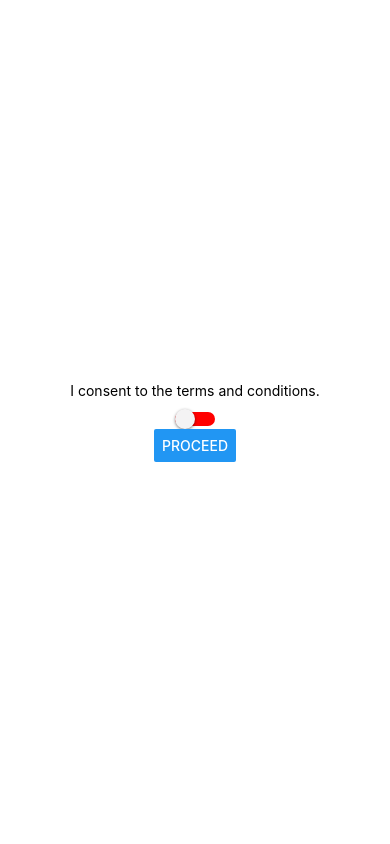
Repository: mortiestmorty1/recordings-app
Screen: / (app in frontend/Recorder/)
The author's editor kept a copy of each file at every save. The screen is drawn from the files as they stood at one save, then again after the next save.
The app was drawn by React Native's web renderer in a window 390 px wide. The project was rebuilt for these pictures with package versions that can differ from the ones it lists, and the page was loaded fresh each time.

Above is the screen before, as saved 2024-03-07 17:01:22.

### frontend/Recorder/App.js
import { StatusBar } from 'expo-status-bar';
import { StyleSheet, View } from 'react-native';
import RegisterUser from './components/RegisterUser.js'; // Adjust the path as necessary

export default function App() {
  const handleRegistrationSuccess = (userData) => {
    console.log('User registered:', userData);
    // Additional actions upon successful registration
  };

  return (
    <View style={styles.container}>
      <RegisterUser onSubmit={handleRegistrationSuccess} />
      <StatusBar style="auto" />
    </View>
  );
}

const styles = StyleSheet.create({
  container: {
    flex: 1,
    backgroundColor: '#fff',
    alignItems: 'center',
    justifyContent: 'center',
  },
});

### frontend/Recorder/components/registerUser.js
import React, { useState } from 'react';
import { View, Text, StyleSheet, Switch, Button } from 'react-native';

const ConsentForm = ({ onSubmit }) => {
  const [isConsentGiven, setIsConsentGiven] = useState(false);

  const toggleSwitch = () => setIsConsentGiven(previousState => !previousState);

  const handleSubmit = () => {
    if (isConsentGiven) {
      onSubmit(isConsentGiven);
    } else {
      alert('Please give your consent to proceed.');
    }
  };

  return (
    <View style={styles.container}>
      <Text style={styles.text}>I consent to the terms and conditions.</Text>
      <Switch
        trackColor={{ false: "#FF0000", true: "#81b0ff" }}
        thumbColor={isConsentGiven ? "#f5dd4b" : "#f4f3f4"}
        onValueChange={toggleSwitch}
        value={isConsentGiven}
      />
      <Button title="proceed" onPress={handleSubmit} />
    </View>
  );
};

const styles = StyleSheet.create({
  container: {
    flex: 1,
    alignItems: 'center',
    justifyContent: 'center',
  },
  text: {
    marginBottom: 10,
  },
});

export default ConsentForm;

After the next save:
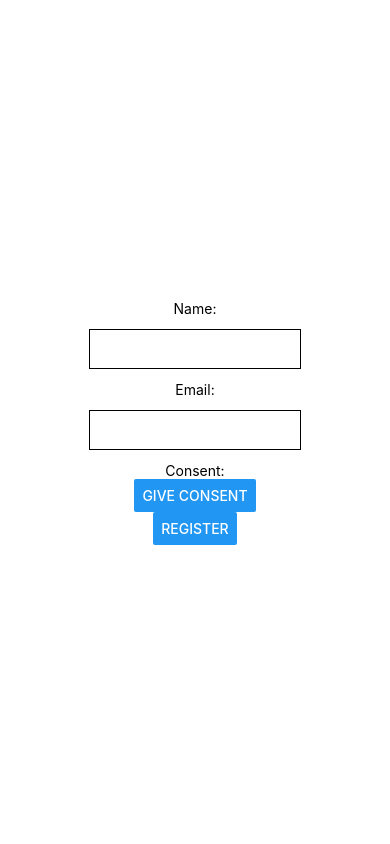
Saved 18 s later.
--- a/frontend/Recorder/components/registerUser.js
+++ b/frontend/Recorder/components/registerUser.js
@@ -1,29 +1,57 @@
 import React, { useState } from 'react';
-import { View, Text, StyleSheet, Switch, Button } from 'react-native';
+import { View, Text, TextInput, Button, StyleSheet } from 'react-native';
 
-const ConsentForm = ({ onSubmit }) => {
-  const [isConsentGiven, setIsConsentGiven] = useState(false);
+const RegisterUser = ({ onSubmit }) => {
+  const [consent, setConsent] = useState(false);
+  const [name, setName] = useState('');
+  const [email, setEmail] = useState('');
 
-  const toggleSwitch = () => setIsConsentGiven(previousState => !previousState);
+  const handleRegistration = async () => {
+    // Ensure all fields are filled
+    if (!name || !email || !consent) {
+      alert('Please fill all fields and provide consent to continue.');
+      return;
+    }
 
-  const handleSubmit = () => {
-    if (isConsentGiven) {
-      onSubmit(isConsentGiven);
+    const userPayload = { name, email, consent };
+
+    // Here, replace 'YOUR_BACKEND_URL' with your actual backend URL
+    const response = await fetch('YOUR_BACKEND_URL/user/create', {
+      method: 'POST',
+      headers: {
+        'Content-Type': 'application/json',
+      },
+      body: JSON.stringify(userPayload),
+    });
+
+    if (response.ok) {
+      const data = await response.json();
+      alert('Registration successful!');
+      onSubmit && onSubmit(data); // Callback for successful registration
     } else {
-      alert('Please give your consent to proceed.');
+      const errorData = await response.json();
+      alert(`Registration failed: ${errorData.message}`);
     }
   };
 
   return (
     <View style={styles.container}>
-      <Text style={styles.text}>I consent to the terms and conditions.</Text>
-      <Switch
-        trackColor={{ false: "#FF0000", true: "#81b0ff" }}
-        thumbColor={isConsentGiven ? "#f5dd4b" : "#f4f3f4"}
-        onValueChange={toggleSwitch}
-        value={isConsentGiven}
+      <Text>Name:</Text>
+      <TextInput
+        style={styles.input}
+        onChangeText={setName}
+        value={name}
       />
-      <Button title="proceed" onPress={handleSubmit} />
+      <Text>Email:</Text>
+      <TextInput
+        style={styles.input}
+        onChangeText={setEmail}
+        value={email}
+      />
+      {/* Implement consent as a switch or a checkbox according to your design preference */}
+      <Text>Consent:</Text>
+      <Button title={consent ? "Consent Given" : "Give Consent"} onPress={() => setConsent(true)} />
+      <Button title="Register" onPress={handleRegistration} />
     </View>
   );
 };
@@ -31,12 +59,16 @@ const ConsentForm = ({ onSubmit }) => {
 const styles = StyleSheet.create({
   container: {
     flex: 1,
+    justifyContent: 'center',
     alignItems: 'center',
-    justifyContent: 'center',
   },
-  text: {
-    marginBottom: 10,
+  input: {
+    height: 40,
+    margin: 12,
+    borderWidth: 1,
+    padding: 10,
+    width: '80%',
   },
 });
 
-export default ConsentForm;
+export default RegisterUser;
